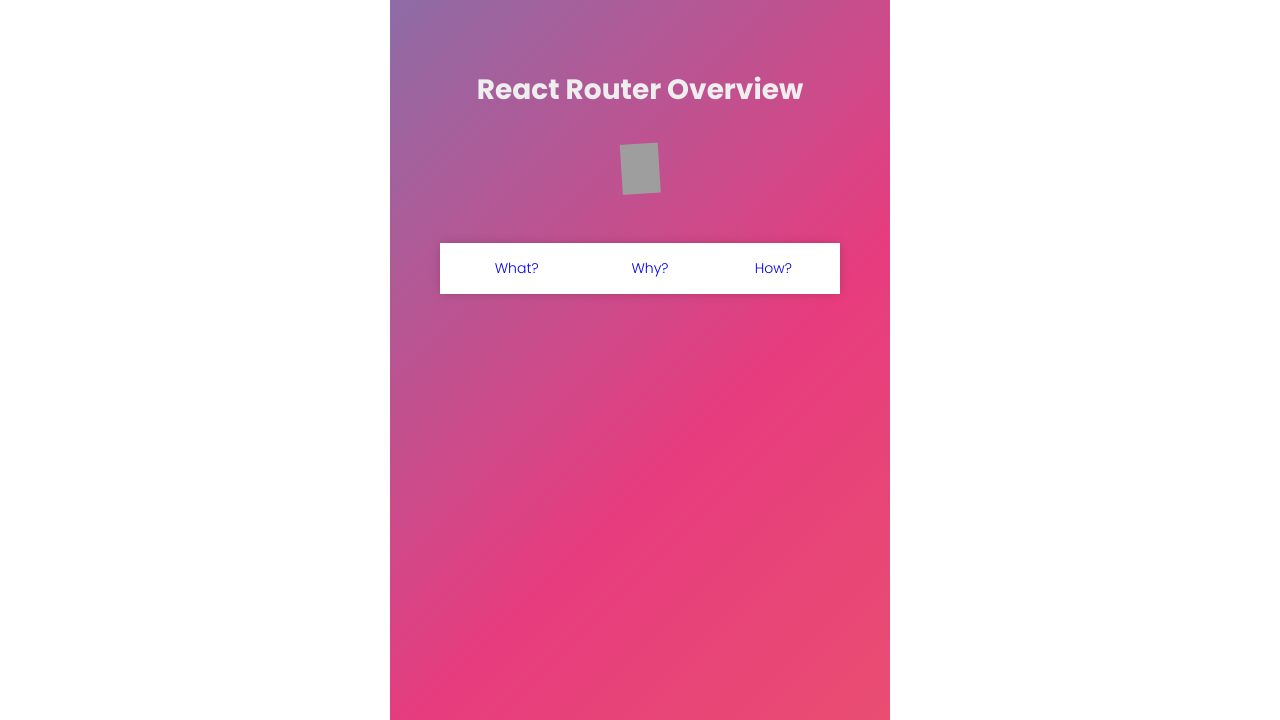
Repository: nguy3nds/2021-18-9-react
Page: /about
The author's editor kept a copy of each file at every save. The page is drawn from the files as they stood at one save, then again after the next save.
The browser window is 1280 px wide. The pictures show the whole page.
Pictures or frames that could not be fetched are drawn as grey boxes. The project was rebuilt for these pictures with package versions that can differ from the ones it lists, and the page was loaded fresh each time. Also part of the build but not shown: src/components/What.js, src/components/Why.js, src/components/How.js.

Above is the page before, as saved 2021-09-19 20:56:58.

### src/App.js
import React from "react";
import { BrowserRouter as Router, Switch, Route, Link } from "react-router-dom";
import "./App.css";
import What from "./components/What.js";
import How from "./components/Why";
import Why from "./components/How";
import styled, { keyframes } from "styled-components";

export default function App() {
  return (
    <Router>
      <DivContainer>
        <h1>React Router Overview</h1>
        <Rotate>
          <img
            src="https://lh6.googleusercontent.com/m9VlRb9FHZcqWTBz0msD2FZGpSQs84aAOwwniApLbL1oZWSDJsg4opq2uc81QzPWDtx5QJ2DeO12CFeol6vqJXcSOyp10LGoOW3K_wXIp3UDuQt1XhXE5KeUC8Epkj2hO51asKYe"
            className="App-logo"
            alt="logo"
            style={{ width: "50px" }}
          />
        </Rotate>
        <nav>
          <ul className="menu">
            <li class="menu-item has-child">
              <Link to="/What">What?</Link>
            </li>
            <li className="menu-item has-child">
              <Link to="/Why">Why?</Link>
            </li>
            <li className="menu-item has-child">
              <Link to="/How">How?</Link>
            </li>
          </ul>
        </nav>

        {/* A <Switch> looks through its children <Route>s and
            renders the first one that matches the current URL. */}
        <Switch>
          <Route path="/How">
            <How />
          </Route>
          <Route path="/Why">
            <Why />
          </Route>
          <Route path="/What">
            <What />
          </Route>
        </Switch>
      </DivContainer>
    </Router>
  );
}

const gradient = keyframes`
	0% {
		background-position: 0% 50%;
	}
	50% {
		background-position: 100% 50%;
	}
	100% {
		background-position: 0% 50%;
	}
`;

const DivContainer = styled.div`
  margin: 0 auto;
  padding: 50px;
  text-align: center;
  color: #eee;
  background: linear-gradient(-45deg, #ee7752, #e73c7e, #23a6d5, #23d5ab);
  background-size: 400% 400%;
  animation: ${gradient} 15s ease infinite;
  height: 100vh;
`;

const rotate360 = keyframes`
  from {
    transform: rotate(0deg);
  }

  to {
    transform: rotate(360deg);
  }
`;

const Rotate = styled.div`
  display: inline-block;
  animation: ${rotate360} 2s linear infinite;
  padding: 2rem 1rem;
  font-size: 1.2rem;
`;

### src/App.css
@import url("https://fonts.googleapis.com/css2?family=Poppins:wght@300;400;600;700&display=swap");
:root {
  --primary: #08aeea;
  --secondary: #13d2b8;
  --purple: #bd93f9;
  --pink: #ff6bcb;
  --blue: #8be9fd;
  --gray: #333;
  --font: "Poppins", sans-serif;
  --gradient: linear-gradient(40deg, #ff6ec4, #7873f5);
  --shadow: 0 0 15px 0 rgba(0, 0, 0, 0.05);
}
*,
*:before,
*:after {
  box-sizing: border-box;
}
html {
  font-size: 62.5%;
  text-align: center;
}

body {
  font-family: var(--font);
  font-size: 1.4rem;
  overflow-x: hidden;
  font-weight: 300;
  width: 500px;
  margin: 0 auto;
}

img {
  display: block;
  max-width: 100%;
}

a {
  text-decoration: none;
}

input,
button,
textarea,
select {
  font-family: var(--font);
  font-size: 1.4rem;
  font-weight: 300;
  outline: none;
  border: 0;
  margin: 0;
  padding: 0;
  border-radius: 0;
  -webkit-appearance: none;
}

button {
  cursor: pointer;
}

.menu {
  position: relative;
  max-width: 500px;
  margin: 30px auto;
  display: grid;
  grid-template-columns: 1fr 1fr 1fr;
  justify-content: center;
  background-color: white;
  padding: 1.5rem;
  box-shadow: 0 0 10px -2px rgba(0, 0, 0, 0.25);
}

.menu-link {
  font-size: 1.4rem;
  color: #918eae;
  display: block;
}
.menu-link:hover {
  color: #202842;
}

.menu-child-link {
  display: flex;
  align-items: center;
  justify-content: space-between;
  padding: 1.5rem;
  color: #918eae;
}
.menu-child-item {
  position: relative;
}
.menu-child-link:hover {
  color: #202842;
}

.menu-toggle {
  display: none;
}
.nav {
  position: relative;
}
.arrow-right {
  display: none;
}
@media screen and (min-width: 1024px) {
  .arrow-down {
    display: none;
  }
  .arrow-right {
    display: block;
  }
  .menu-item:not(:first-child) {
    margin-left: 2rem;
  }
  .menu-child {
    position: absolute;
    top: 100%;
    left: 0;
    margin-top: 1rem;
    min-width: 20rem;
    background-color: white;
    box-shadow: var(--shadow);
    display: none;
  }
  .menu-child:before {
    content: "";
    position: absolute;
    top: 0;
    left: 0;
    width: 100%;
    height: 1rem;
    background-color: transparent;
    transform: translateY(-100%);
  }
  .menu-child1 {
    top: 0;
    left: 100%;
    margin-top: 0;
  }
  .menu-item.has-child:hover > .menu-child {
    display: block;
  }
  .menu-child-item.has-child:hover > .menu-child {
    display: block;
  }
}

ul li {
  list-style: none;
}
@media screen and (max-width: 1023px) {
  .menu {
    position: absolute;
    right: 0;
    top: 100%;
    min-width: 20rem;
    background-color: white;
    box-shadow: var(--shadow);
    flex-direction: column;
    display: none;
    z-index: 100;
  }
  .menu.show,
  .menu-child.show {
    display: block;
  }
  .menu-item:not(:last-child) {
    border-bottom: 1px solid #eee;
  }
  .menu-link {
    padding: 1.5rem;
    display: flex;
    justify-content: space-between;
    align-items: center;
  }
  .menu-child {
    display: none;
    background-color: #f6f6f6;
  }
  .menu-child1 {
    background-color: #eee;
  }
  .menu-toggle {
    width: max-content;
    font-size: 2rem;
    display: block;
    margin-left: auto;
    cursor: pointer;
  }
}

Loaded but not shown: public/index.html (common file); src/index.js (common file); src/index.css (common file); src/reportWebVitals.js (common file)

After the next save:
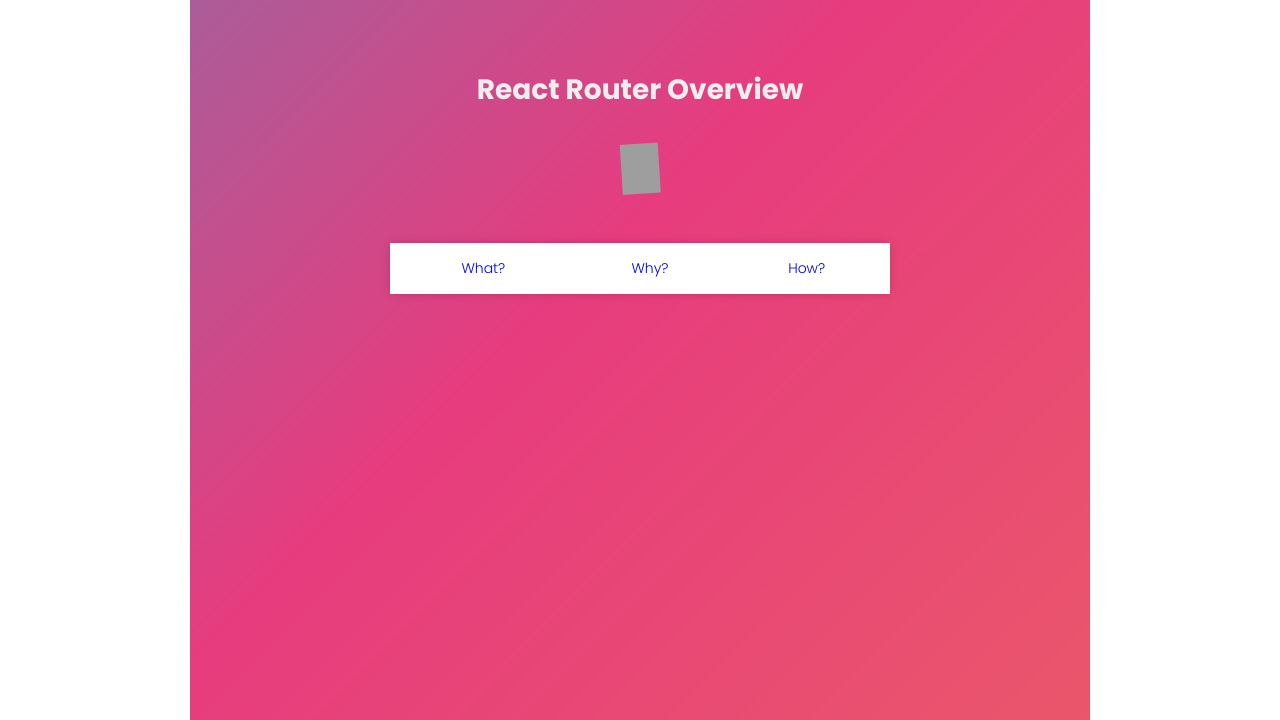
Saved 55 s later.
--- a/src/App.css
+++ b/src/App.css
@@ -25,7 +25,7 @@ body {
   font-size: 1.4rem;
   overflow-x: hidden;
   font-weight: 300;
-  width: 500px;
+  width: 900px;
   margin: 0 auto;
 }
 
